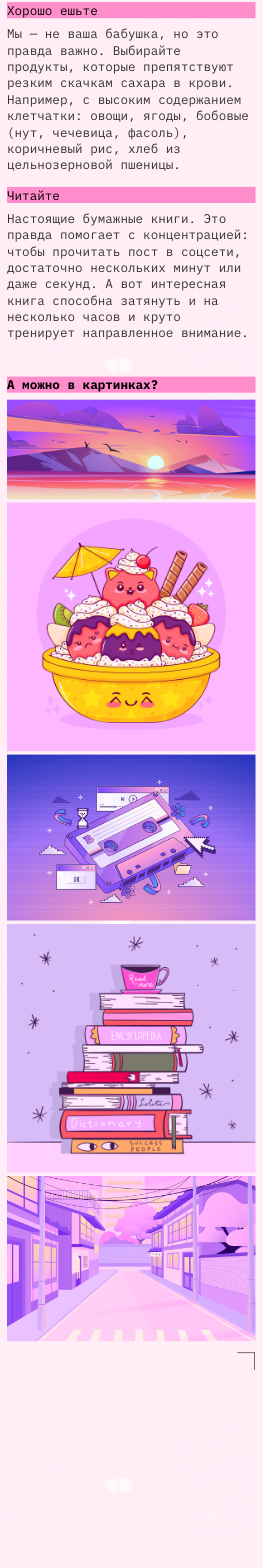
Repository: Hadoooouken/slozhno-sosredotochitsya
Page: index.html
These files come from the project's save history. The page is drawn as it stood at one moment and after the next save; the edit follows.
The browser window is 375 px wide. The pictures show the part of the page from y = 4260 to 6500 px (the page is 6981 px tall before and 7051 px after), at 70% of full size.
Backgrounds fixed to the window are drawn as part of the page.

Above is the page before, as saved 2024-01-24 22:57:35.

After the next save:
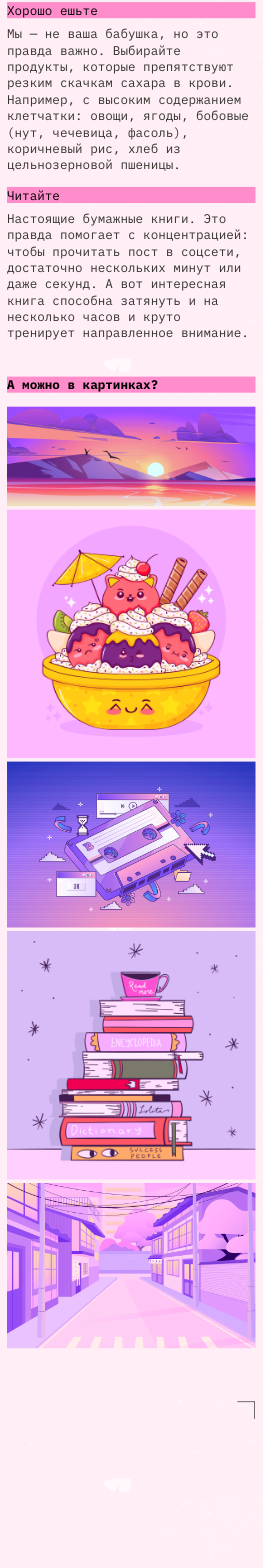
Saved 30 s later.
--- a/styles/style.css
+++ b/styles/style.css
@@ -429,8 +429,8 @@
 
 .gallery__list {
   display: block;
-  margin:0;
-
+  .gallery__list {
+    grid-template-rows: auto;
     grid-row-gap: 15px;
     grid-column-gap: 23px;
 }

After the 3 saves that followed:
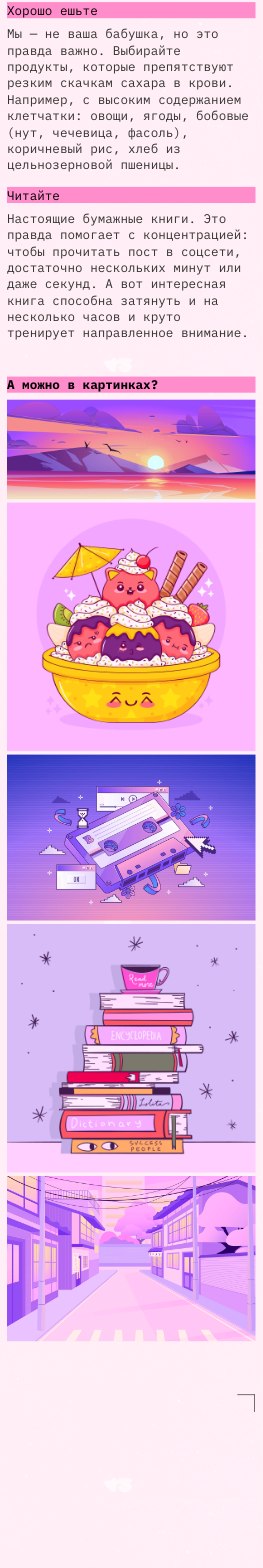
The 3 saves are shown as one change because they came seconds apart.
The last was saved 8 s later.
--- a/styles/style.css
+++ b/styles/style.css
@@ -429,8 +429,9 @@
 
 .gallery__list {
   display: block;
-  .gallery__list {
-    grid-template-rows: auto;
+  margin-block-start: 0;
+
+
     grid-row-gap: 15px;
     grid-column-gap: 23px;
 }
